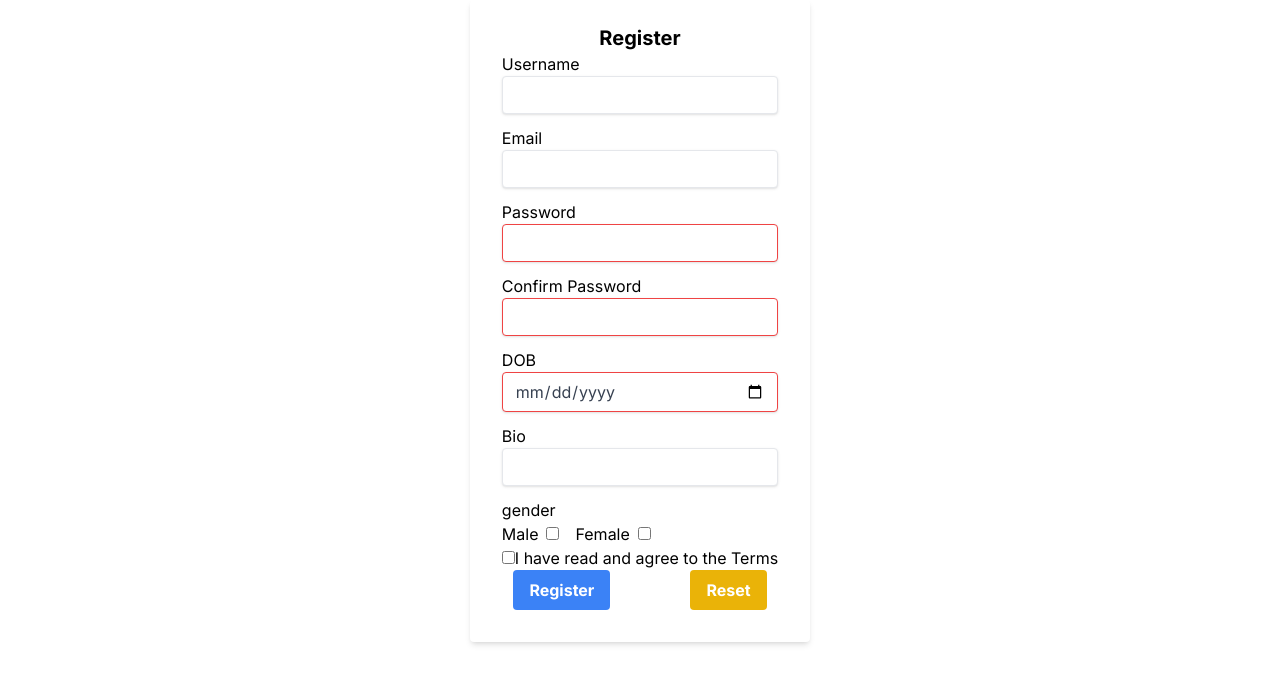
Repository: uh-sman/tiktok-card
Page: /
An editor plug-in stored every save of this project. The page is shown before and after the next save, followed by the edit.
The browser window is 1280 px wide. The pictures show the whole page.
The project was rebuilt for these pictures with package versions that can differ from the ones it lists, and the page was loaded fresh each time. The framework's server and built-in components were replaced by stand-ins that run in the browser. Also part of the build but not shown: next.config.js.

Above is the page before, as saved 2023-12-19 14:37:34.

After the next save:
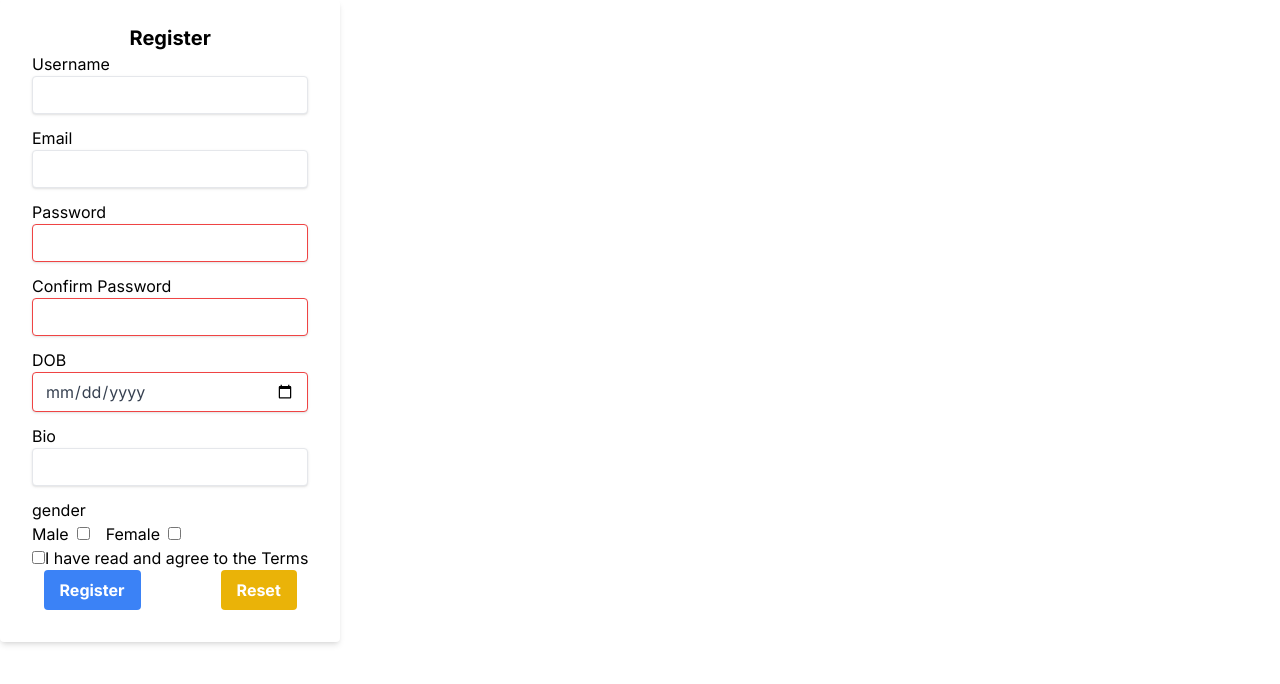
Saved 16 s later.
--- a/app/components/AuthForm.tsx
+++ b/app/components/AuthForm.tsx
@@ -20,7 +20,7 @@ const AuthForm: React.FC = () => {
         console.log(data)
     }
     return (
-        <div className="flex justify-center w-full max-w-xxl">
+        <div className="flex  w-full max-w-xxl">
         <div className="">
         <form className="bg-white shadow-md rounded px-8 pt-6 pb-8 mb-4" onSubmit={handleSubmit(onSubmit)}>
         <h2 className="font-bold text-xl text-center">Register</h2>
